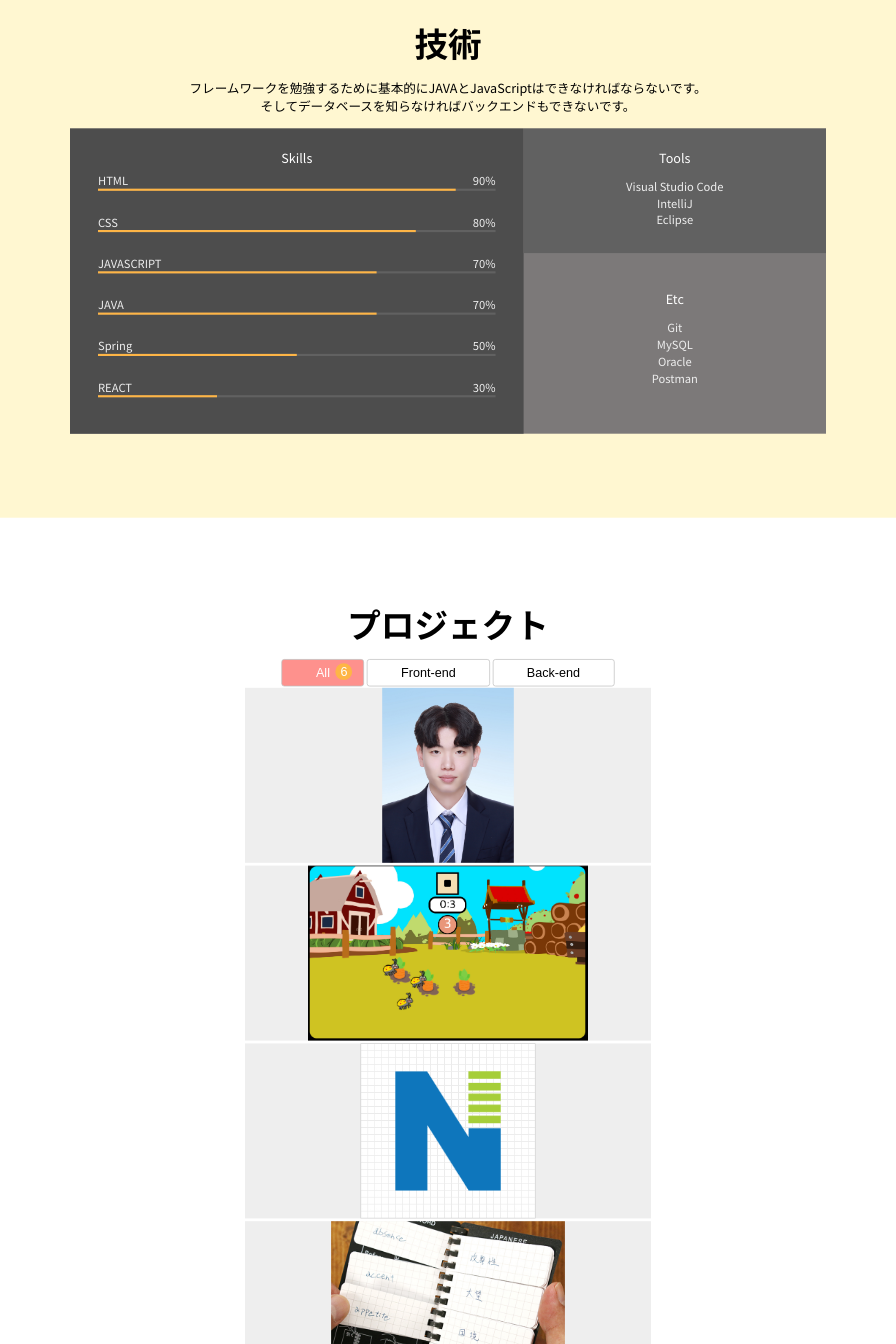
Repository: N1C0N1C0/website_introduction
Page: index.html
An editor plug-in stored every save of this project. The page is shown before and after the next save, followed by the edit.
The browser window is 1280 px wide. The pictures show the part of the page from y = 1722 to 3642 px (the page is 4848 px tall), at 70% of full size.
Some web libraries are served in a nearby version.

Above is the page before, as saved 2023-08-29 12:58:50.

### index.html
<!DOCTYPE html>
<html lang="en">
  <head>
    <meta charset="UTF-8" />
    <meta name="viewport" content="width=device-width, initial-scale=1.0" />
    <title>自己紹介</title>
    <meta
      name="description"
      content="Portfolio for engineer KimJeongmin"
    />
    <meta name="author" content="Kim" />
    <link rel="icon" type="image/icon" href="imgs/file-pdf-solid.svg" />
    <script src="https://kit.fontawesome.com/04742e9fab.js" crossorigin="anonymous"></script>
    <link href="https://fonts.googleapis.com/css2?family=Noto+Sans+JP:wght@300;400;500&display=swap" rel="stylesheet">

    <link rel="stylesheet" href="style.css" />
    <script src="main.js" defer></script>
  </head>
  <body>
    <!-- Navbar -->
    <nav id="navbar">
      <div class="navbar__logo">
        <i class="fa-regular fa-face-smile"></i>
        <a href="#">キムジョンミン</a>
      </div>
        <ul class="navbar__menu">
          <li class="navbar__menu__item active" data-link="#home">ホーム</li>
          <li class="navbar__menu__item" data-link="#about">紹介</li>
          <li class="navbar__menu__item" data-link="#skills">技術</li>
          <li class="navbar__menu__item" data-link="#work">プロジェクト</li>
          <li class="navbar__menu__item" data-link="#contact">連絡</li>
        </ul>

      <!-- Toggle button -->
      <button class="navbar__toggle-btn">
        <i class="fa-solid fa-bars"></i>
      </button>
    </nav>

    <!-- Home -->
    <section id="home">
      <div class="home__container">
      <img src="imgs/kimu.jpg" alt="Anzang" class="home__avatar" />
      <h1 class="home__title">ようこそ <br />キムジョンミンと申します。</h1>
      <h2 class="home__description">
        今は株式会社SISに内定者です。
      </h2>
      <button class="home__contact">連絡しましょう</button>
    </div>
    </section>
    <!-- About -->
    <section id="about" class="section" class="section__container">
      <h1>自己紹介</h1>
      <p>
        初めまして、2022年9月からITの方を勉強しています。<br>
        研修院ではJAVAのみ習ってからあまりは独学で本とネット講義から見て勉強しています。<br>
        最近はspringとreactというフレームワークに関して学んでいます。
      <div class="about__majors">
        <div class="major">
          <div class="major__icon">
            <i class="fa-solid fa-desktop"></i>
          </div>
          <h2 class="major__title">Front-end</h2>
          <div class="major__description">
            HTML, CSS, JavaScript
            <br />React
          </div>
        </div>
        <div class="major">
          <div class="major__icon">
            <i class="fa-solid fa-database"></i>
          </div>
          <h2 class="major__title">Back-end</h2>
          <div class="major__description">
            Java, JavaScript
            <br />
            Spring
          </div>
        </div>
      </div>
      <div class="about__jobs">
        <div class="job">
          <img src="imgs/sis_image.png" alt="sis" class="job__logo" style="width: 100px; height: 70px;"/>
          <div class="job_description">
            <p class="job__name">
              現在、株式会社SISの内定者
            </p>
            <p class="job__period">2023 SIS - From now on</p>
          </div>
        </div>
      </div>
    </section>

    <!-- Skills -->
    <section id="skills" class="section">
      <div class="section__container">
      <h1>技術</h1>
      <p>
        フレームワークを勉強するために基本的にJAVAとJavaScriptはできなければならないです。<br>
        そしてデータベースを知らなければバックエンドもできないです。
      </p>
      <div class="skillset">
        <div class="skillset__left">
          <h3 class="skillset__title">Skills</h3>
          <div class="skill">
            <div class="skill__description">
              <span>HTML</span>
              <span>90%</span>
            </div>
            <div class="skill__bar">
              <div class="skill__value" style="width: 90%;"></div>
            </div>
          </div>
          <div class="skill">
            <div class="skill__description">
              <span>CSS</span>
              <span>80%</span>
            </div>
            <div class="skill__bar">
              <div class="skill__value" style="width: 80%;"></div>
            </div>
          </div>
          <div class="skill">
            <div class="skill__description">
              <span>JAVASCRIPT</span>
              <span>70%</span>
            </div>
            <div class="skill__bar">
              <div class="skill__value" style="width: 70%;"></div>
            </div>
          </div>
          <div class="skill">
            <div class="skill__description">
              <span>JAVA</span>
              <span>70%</span>
            </div>
            <div class="skill__bar">
              <div class="skill__value" style="width: 70%;"></div>
            </div>
          </div>
          <div class="skill">
            <div class="skill__description">
              <span>Spring</span>
              <span>50%</span>
            </div>
            <div class="skill__bar">
              <div class="skill__value" style="width: 50%;"></div>
            </div>
          </div>
          <div class="skill">
            <div class="skill__description">
              <span>REACT</span>
              <span>30%</span>
            </div>
            <div class="skill__bar">
              <div class="skill__value" style="width: 30%;"></div>
            </div>
          </div>
        </div>
        <div class="skillset__right">
          <div class="tools">
            <h3 class="skillset__title">Tools</h3>
            <ul class="tools__list">
              <li><span>Visual Studio Code</span></li>
              <li><span>IntelliJ</span></li>
              <li><span>Eclipse</span></li>
            </ul>
          </div>
          <br>
          <div class="etc">
            <h3 class="skillset__title">Etc</h3>
            <ul class="ect__list">
              <li><span>Git</span></li>
              <li><span>MySQL</span></li>
              <li><span>Oracle</span></li>
              <li><span>Postman</span></li>
            </ul>
          </div>
        </div>
      </div>
    </div>
    </section>
    <!-- Work -->
    <section id="work" class="section">
      <div class="section__container">
      <h1>プロジェクト</h1>
      <div class="work__categories">
        <button class="category__btn selected" data-filter="*">
          All<span class="category__count">6</span>
        </button>
        <button class="category__btn" data-filter="front-end">
          Front-end<span class="category__count">2</span>
        </button>
        <button class="category__btn" data-filter="back-end">
          Back-end<span class="category__count">4</span>
        </button>
      </div>

      <div class="work__projects">
        <a
          href="https://www.youtube.com/@dream-coding"
          class="project"
          target="_blank"
          data-type="front-end"
        >
          <img
            src="imgs/kimu.jpg"
            alt="kimu"
            class="project__img"
          />
          <div class="project__description">
            <h3>自己紹介</h3>
            <span>このウェブサイトを参考にして作ってもいいです。</span>
          </div>
        </a>
        <a
          href="https://github.com/N1C0N1C0/mini_game"
          class="project"
          target="_blank"
          data-type="front-end"
        >
          <img
            src="imgs/mini_game_image.png"
            alt="mini_game"
            class="project__img"
          />
          <div class="project__description">
            <h3>ミニゲーム</h3>
            <span>虫(🐝)を避けてニンジン(🥕)をすべてクリックしたら勝利！</span>
          </div>
        </a>
        <a
          href="https://github.com/N1C0N1C0/JSP-HRD0620"
          class="project"
          target="_blank"
          data-type="back-end"
        >
          <img
            src="imgs/ncs_image.gif"
            alt="Ncs"
            class="project__img"
          />
          <div class="project__description">
            <h3>NCS試験(JSP)</h3>
            <span>情報処理産業技師を取るために何も参考しなくて掲示板を作ることができます。</span>
          </div>
        </a>
        <a
          href="https://github.com/N1C0N1C0/jsp_wordBook"
          class="project"
          target="_blank"
          data-type="back-end"
        >
          <img
            src="imgs/woodbook_image.png"
            alt="Woodbook"
            class="project__img"
          />
          <div class="project__description">
            <h3>Wordbook(JSP)</h3>
            <span>覚えたい単語があったらすぐに登録してから後で読めます。</span>
          </div>
        </a>
        <a
          href="https://github.com/N1C0N1C0/naver_api_search"
          class="project"
          target="_blank"
          data-type="back-end"
        >
          <img
            src="imgs/naver_api_image.jpeg"
            alt="naver_api"
            class="project__img"
          />
          <div class="project__description">
            <h3>Naver API 検索機能</h3>
            <span>Naverから検索機能を利用して食店の情報が出ます。</span>
          </div>
        </a>
        <a
          href="https://github.com/N1C0N1C0/spring_shop"
          class="project"
          target="_blank"
          data-type="back-end"
        >
          <img
            src="imgs/shop_image.jpeg"
            alt="shop"
            class="project__img"
          />
          <div class="project__description">
            <h3>服屋</h3>
            <span>Spring Bootのいろんな機能を利用してウェーブショッピングモールです。</span>
          </div>
        </a>
      </div>
      </div>
    </section>
    <!-- Contact -->
    <section id="contact" class="section">
      <h1 class="contact__title">話しましょう！</h1>
      <h2 class="contact__email">dothd8775@gmail.com</h2>
      <div class="contact__links">
        <a href="https://github.com/N1C0N1C0" target="_blank">
          <i class="fa-brands fa-github"></i>
        </a>
        <a href="https://github.com/N1C0N1C0" target="_blank">
          <i class="fa-brands fa-square-git"></i>
        </a>
      </div>
      <p class="contact__rights">
        2023 個人プロジェクト - All rights reserved
      </p>
    </section>

    <!-- Arrow up -->
    <button class="arrow__up">
      <i class="fa-solid fa-arrow-up"></i>
    </button>
  </body>
</html>

### style.css
/* Global */
:root {
    /* Color */
    --color-white: #fff;
    --color-light-white: #eee;
    --color-dark-white: #bdbdbd;
    --color-pink: #fe918d;
    --color-dark-pink: #ff6863;
    --color-black: #4d4d4d;
    --color-dark-grey: #4d4d4d;
    --color-grey: #616161;
    --color-light-grey: #7c7979;
    --color-blue: #73aace;
    --color-yellow: #fff7d1;
    --color-orange: #feb546;
    --color-black: #000;

    /* Font size */
    --font-large: 48px;
    --font-medium: 28px;
    --font-regular: 18px;
    --font-small: 16px;
    --font-micro: 14px;

    /* Font weight */
    --weight-bold: 700;
    --weight-semi-bold: 600;
    --weight-regular: 400;

    /* Size */
    --size-border-radius: 4px;

    /* Animation */
    --animation-duration: 300ms;
}

/* Universal tags */
* {
    box-sizing: border-box;
}

body {
    font-family: 'Noto Sans JP', sans-serif;
    margin: 0;
    cursor: default;
}

a {
    text-decoration: none;
    color: var(--color-white);
}

ul {
    list-style: none;
    padding-left: 0;
}

button {
    background-color: transparent;
    cursor: pointer;
    border: none;
    outline: none;
    padding: 0;
}

/* Typography */
h1 {
    font-size: var(--font-large);
    font-weight: var(--weight-bold);
    color: var(--color-black);
    margin: 16px 0;
}

h2 {
    font-size: var(--font-medium);
    font-weight: var(--weight-semi-bold);
    color: var(--color-black);
    margin: 8px 0;
}

h3 {
    font-size: var(--font-regular);
    font-weight: var(--weight-regular);
    color: var(--color-black);
    margin: 8px 0;
}

p {
    font-size: var(--font-regular);
    font-weight: var(--weight-regular);
    color: var(--color-black);
    margin: 4px 0;
}

/* Navbar */
#navbar {
    position: fixed;
    width: 100%;
    display: flex;
    justify-content: space-between;
    background-color: transparent;
    align-items: center;
    color: var(--color-white);
    padding: 16px;
    transition: all var(--animation-duration) ease-in-out;
    z-index: 1;
}

#navbar.navbar--dark {
    background-color: var(--color-black);
    padding: 16px;

}

.navbar__menu {
    display: flex;
}

.navbar__logo {
    font-size: var(--font-medium);
    font-weight: var(--weight-semi-bold);
}

.navbar__menu__item {
    padding: 8px 12px;
    margin: 0 4px;
    cursor: pointer;
    color: var(--color-white);
    border: 1px solid transparent;
    border-radius: var(--size-border-radius);
}

.navbar__menu__item.active {
    border: 1px solid var(--color-white);
}

.navbar__menu__item:hover {
    border-color: var(--color-white);
    background-attachment: var(--color-dark-grey);
}

.navbar__toggle-btn {
    position: absolute;
    top: 20px;
    right: 32px;
    font-size: 24px;
    color: var(--color-white);
    display: none;
}

/* Home */
#home {
    background-color: var(--color-black);
    padding: 40px;
    padding-top: 120px;
    text-align: center;
}

.home__avatar {
    width: 250px;
    height: 250px;
    border-radius: 50%;
    border: 2px solid var(--color-light-white);
}

.home__title,
.home__description {
    color: var(--color-white);
}

.home__contact {
    color: var(--color-white);
    font-size: var(--font-regular);
    font-weight: var(--weight-bold);
    margin: 24px;
    padding: 8px 12px;
    border: 2px solid var(--color-white);
    border-radius: var(--size-border-radius);
}

.home__contact:hover {
    background-color: var(--color-orange);
}

/* Section common */
.section {
    padding: 100px;
    text-align: center;
    margin: auto;
}

.section__container {
    max-width: 1200px;
    margin: auto;
}

/* About */
.about__majors {
    display: flex;
    justify-content: space-around;
    margin: 80px 0;
}

.major__icon {
    width: 170px;
    height: 170px;
    line-height: 170px;
    font-size: 70px;
    margin: auto;
    color: var(--color-blue);
    border: 1px solid var(--color-blue);
    border-radius: 50%;
    margin-bottom: 16px;
}
.major__icon i {
    transition: all var(--animation-duration) ease;
}
.major__icon:hover i {
    color: var(--color-pink);
    transform: rotate(-45deg) scale(1.1);
}
.major__title, .major__description {
    color: var(--color-dark-grey);
}

.major__description {
    font-size: var(--font-small);
}

.job {
    display: flex;
    align-items: center;
    margin-bottom: 10px;
}

.job_description {
    margin: 0 16px;
    text-align: left;
}

.job__name,
.job__period {
    color: var(--color-light-grey);
}

.job__name {
    font-size: var(font-small);
}

.job__period {
    font-size: var(--font-micro);
}

/* Skill */

#skills {
    background-color: var(--color-yellow);
}

.skillset {
    display: flex;
    background-color: var(--color-light-grey);
    color: var(--color-light-white);
    margin: 20px 0;
}

.skillset__title {
    color: var(--color-white);
}

.skill {
    margin-bottom: 32px;
}

.skill__description {
    display: flex;
    justify-content: space-between;
}

.skillset__left {
    flex-basis: 60%;
    background-color: var(--color-dark-grey);
    padding: 20px 40px;
}

.skill__bar {
    width: 100%;
    height: 3px;
    background-color: var(--color-grey);
}

.skill__value {
    height: 3px;
    background-color: var(--color-orange);
}

.skillset__right {
    flex-basis: 40%;
}

.tools {
    background-color: var(--color-grey);
}

.tools,
.etc {
    padding: 20px;
}

/* Work */

.work_categories {
    margin: 40px;
}

.category__btn {
    border: 1px solid var(--color-dark-white);
    border-radius: var(--size-border-radius);
    font-size: var(--font-regular);
    padding: 8px 48px;
    position: relative;
}

.category__btn.selected,
.category__btn:hover {
    background-color: var(--color-pink);
    color: var(--color-white);
}

.category__btn.selected .category__count,
.category__btn:hover .category__count {
    opacity: 1;
}
.category__count {
    background-color: var(--color-orange);
    border-radius: 50%;
    color: var(--color-white);
    margin-left: 5px;
    width: 24px;
    height: 24px;
    line-height: 24px;
    display: inline-block;
    position: absolute;
    top: 5px;
    right: 16px;
    opacity: 0;
    transition: all var(--animation-duration) ease;
}

.work__projects {
    display: flex;
    flex-wrap: wrap;
    justify-content: center;
    opacity: 1;
    transition: all var(--animation-duration) ease-out;
}

.work__projects.anim-out {
    opacity: 0;
    transform: scale(0.96) translateY(40px);

}

.project {
    position: relative;
    display: flex;
    flex-direction: column;
    justify-content: center;
    width: 580px;
    height: 250px;
    margin: 2px;
    background-color: var(--color-light-white);
}

.project.invisible {
    display: none;
}

.project__img {
    max-width: 100%;
    max-height: 100%;
    align-self: center;
}

.project__description {
    position: absolute;
    background-color: black;
    display: flex;
    flex-direction: column;
    justify-content: center;
    width: 100%;
    height: 100%;
    top: 0;
    left: 0;
    opacity: 0;
    transform: translateY(15px);
    transition: all var(--animation-duration) ease-in;
}

.project:hover .project__description {
    opacity: 0.8;
    transform: translateY(0px);
}

.project__description h3 {
    color: var(--color-orange);
}

.project__description h3:after {
    content: '';
    display: block;
    position: relative;
    left: 50%;
    width: 50px;
    height: 2px;
    transform: translateX(-25%);
    margin-left: -12px;
    margin-top: 8px;
    background-color: var(--color-dark-white);
}



/* Contact */
#contact {
    background-color: var(--color-black);
}

.contact__title,
.contact__email,
.contact__rights {
    color: var(--color-white);
}

.contact__title {
    margin: 32px 0;
}

.contact__links {
    font-size: var(--font-large);
    margin: 24px 0;
}

.contact__links i:hover {
    transform: scale(1.1);
    color: var(--color-yellow);
    transition: all var(--animation-duration) ease-in;
}

/* Scroll */
.arrow__up {
    position: fixed;
    bottom: 50px;
    right: 50px;
    width: 70px;
    height: 70px;
    font-size: 50px;
    color: var(--color-white);
    background-color: var(--color-black);
    border-radius: 50%;
    opacity: 0;
    pointer-events: none;
    transition: all var(--animation-duration) ease-in;
}

.arrow__up.visible {
    opacity: 1;
    pointer-events: auto;
}

/* For below 768px screen width */
@media screen and (max-width: 768px) {
    :root {
        /* Font size */
        --font-large: 30px;
        --font-medium: 18px;
        --font-regular: 16px;
        --font-small: 14px;
        --font-micro: 12px;
    }

    .navbar__toggle-btn {
        display: block;
        top: 16px;
        right: 16px;
        font-size: var(--font-medium);
    }

    #navbar {
        flex-direction: column;
        align-items: flex-start;
        background-color: var(--color-black);
    }

    #navbar.navbar--dark {
        padding: 16px;
    }

    .navbar__menu {
        flex-direction: column;
        text-align: center;
        width: 100%;
        display: none;
    }

    .navbar__menu.open {
        display: block;
    }

    .section {
        padding: 16px;
        padding-top: 40px;
    }

    .about__majors {
        flex-direction: column;
        margin-top: 30px;
        margin-bottom: 0;
    }

    .major {
        margin-bottom: 30px;
    }

    .skillset {
        flex-direction: column;
    }

    .category__btn {
        margin: 4px 0;
    }

    .work__categories {
        display: flex;
        flex-direction: column;
        margin-bottom: 10px;
    }

    .project {
        flex-grow: 1;
    }

    .testimonial {
        flex-direction: column;
        align-items: center;
    }

    .testimonial__avatar {
        width: 120px;
        height: 120px;
    }

    .testimonial__avatar:nth-child(odd),
    .testimonial__avatar:nth-child(even) {
        margin: 0;
        margin-bottom: 8px;
    }

    .testimonial__speech-bubble {
        order: 1;
    }

    .arrow__up {
        width: 50px;
        height: 50px;
        font-size: 30px;
        right: 16px;
        bottom: 16px;
    }
}

Loaded but not shown: main.js (153 lines, source omitted)

After the next save:
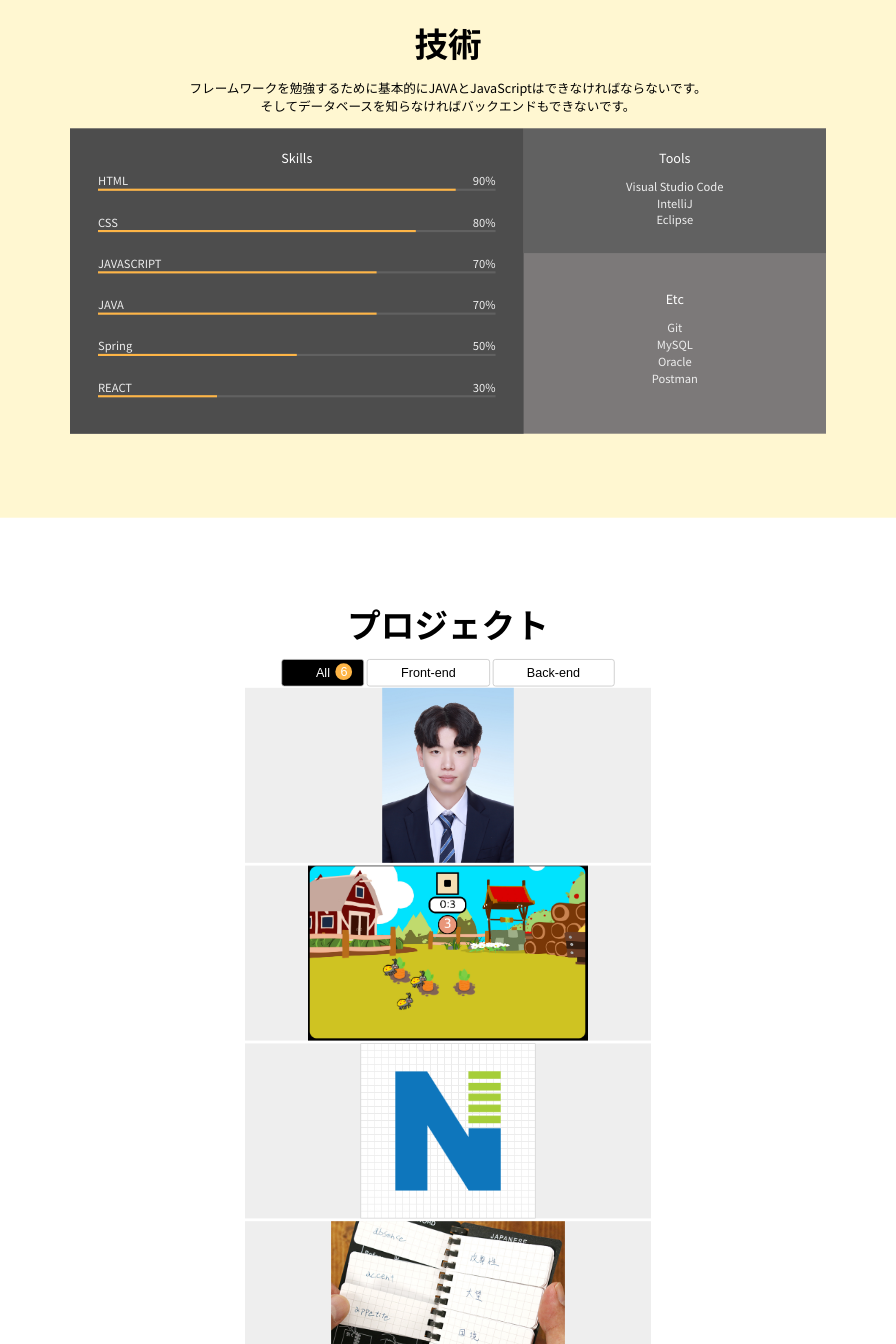
Saved 2 days later.
--- a/style.css
+++ b/style.css
@@ -323,7 +323,7 @@ p {
 
 .category__btn.selected,
 .category__btn:hover {
-    background-color: var(--color-pink);
+    background-color: var(--color-black);
     color: var(--color-white);
 }
 
